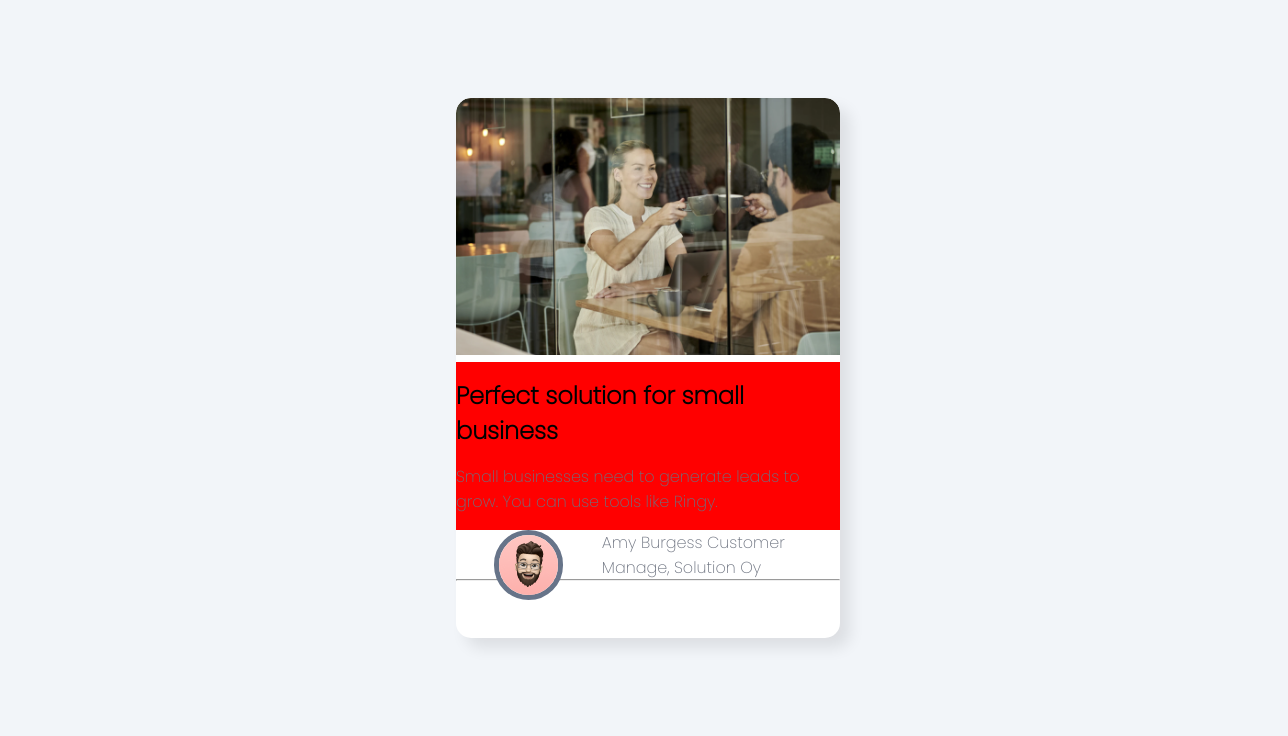
Repository: massndongo/business-blog-card
Page: index.html
The author's editor kept a copy of each file at every save. The page is drawn from the files as they stood at one save, then again after a run of saves.
The browser window is 1280 px wide. The page is 1288 px wide, so the pictures cover 1288 px, including what lies to the right of the window. The pictures show the whole page.

Above is the page before, as saved 2023-11-08 05:09:25.

### index.html
<!DOCTYPE html>
<html lang="en">
<head>
    <meta charset="UTF-8">
    <meta name="viewport" content="width=device-width, initial-scale=1.0">
    <link rel="stylesheet" href="css/styles.css">
    <title>Responsive Web Developer Starter - devchallenges.io</title>
    <link rel="icon" href="images/favicon.ico" type="image/x-icon" sizes="any">
</head>
<body>
    <div class="card">
        <img src="images/hero-image-business-card.png" alt="" srcset="">
        <div class="card-body">
            <h1 class="title">Perfect solution for small business</h1>
            <p class="corps">Small businesses need to generate leads to grow. You can use tools like Ringy.</p>
        </div>
        <hr>
        <div class="card-footer">
            <img src="images/avatar-image-business-card.png" alt="" srcset="">
            <div>
                <span>Amy Burgess</span>
                <span>Customer Manage, Solution Oy</span>
            </div>
        </div>
    </div>
</body>
</html>

### css/styles.css
@import url('https://fonts.googleapis.com/css2?family=Poppins:wght@200&display=swa');

* {
    box-sizing: border-box;
    font-family: 'Poppins', sans-serif;
    overflow: hidden;
}

/* Add some styles for body*/
body {
    width: 100%;
    height: 100vh;
    background-color: #F2F5F9;
    display: flex;
    justify-content: center;
    align-items: center;

}

.card{
    position: relative;
    flex-direction: column;
    background-color: #FFFFFF;
    box-shadow: 10px 10px 15px 0px rgba(0, 0, 0, 0.09);
    width: 30%;
    height: auto;
    border-radius: 15px;
}
.card img{
    width: 100%;
    /* border-radius: 10px; */
    border-radius: 15px 15px 0 0;
}
.card-body{
    background-color: red;

}
.title{
    font-size: 24px;

}
.corps{
    font-size: 16px;

}
.card-footer{
    display: flex;
    justify-self: baseline;
    position: relative;
    font-size: 16px;
}
.card-footer img{
    margin: 0 10% 10%;
    width: 25%;
    border-radius: 50%;
    border: 5px solid #677489;
}
.corps, .card-footer, hr{
    color: #6C727F
}
hr{
    width: 100%;
    height: 1px;
    position: absolute;
    bottom: 9%;
    left: 0;
    right: 0;
    background-color: #6c727f85;
}

@media screen and (max-width: 768px) {
    .card {
        width: 90%;
    }
}

After the next 2 saves:
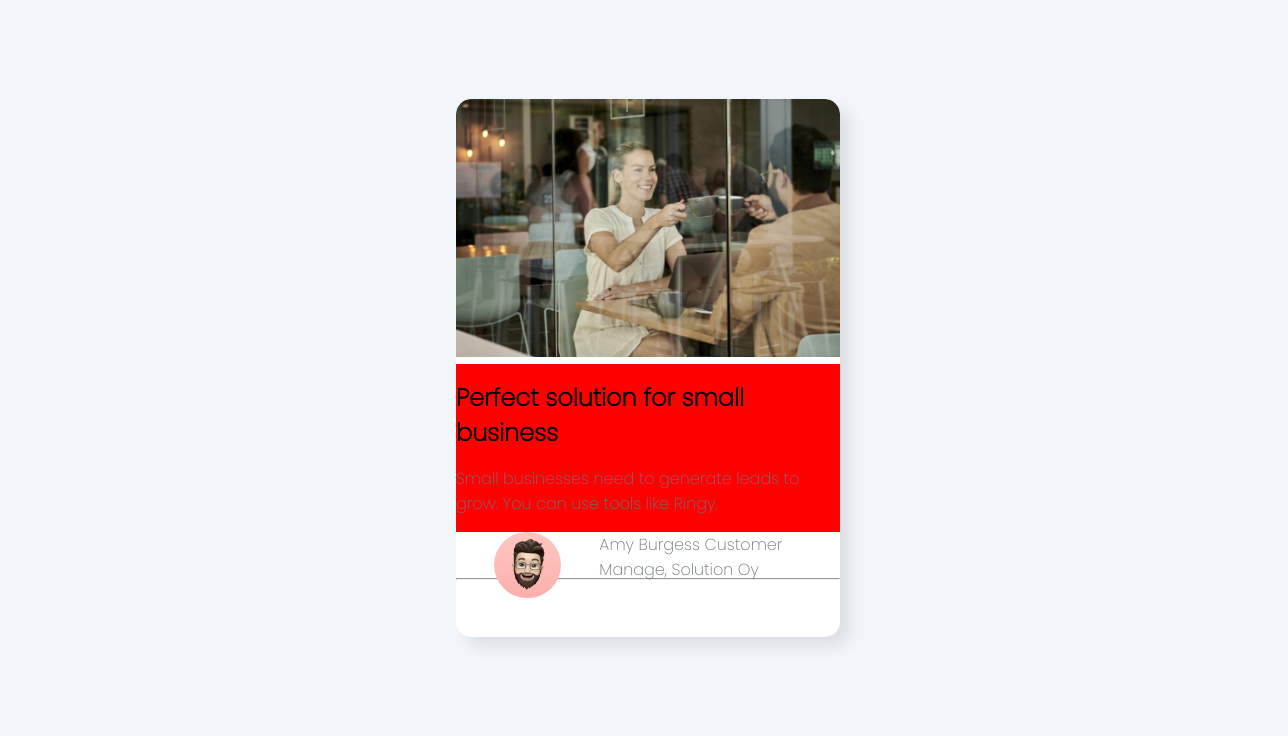
The 2 saves are shown as one change because they came seconds apart.
The last was saved 30 s later.
--- a/css/styles.css
+++ b/css/styles.css
@@ -53,7 +53,7 @@
     margin: 0 10% 10%;
     width: 25%;
     border-radius: 50%;
-    border: 5px solid #677489;
+    border: 5px solid F2F5F9;
 }
 .corps, .card-footer, hr{
     color: #6C727F

After the save that followed:
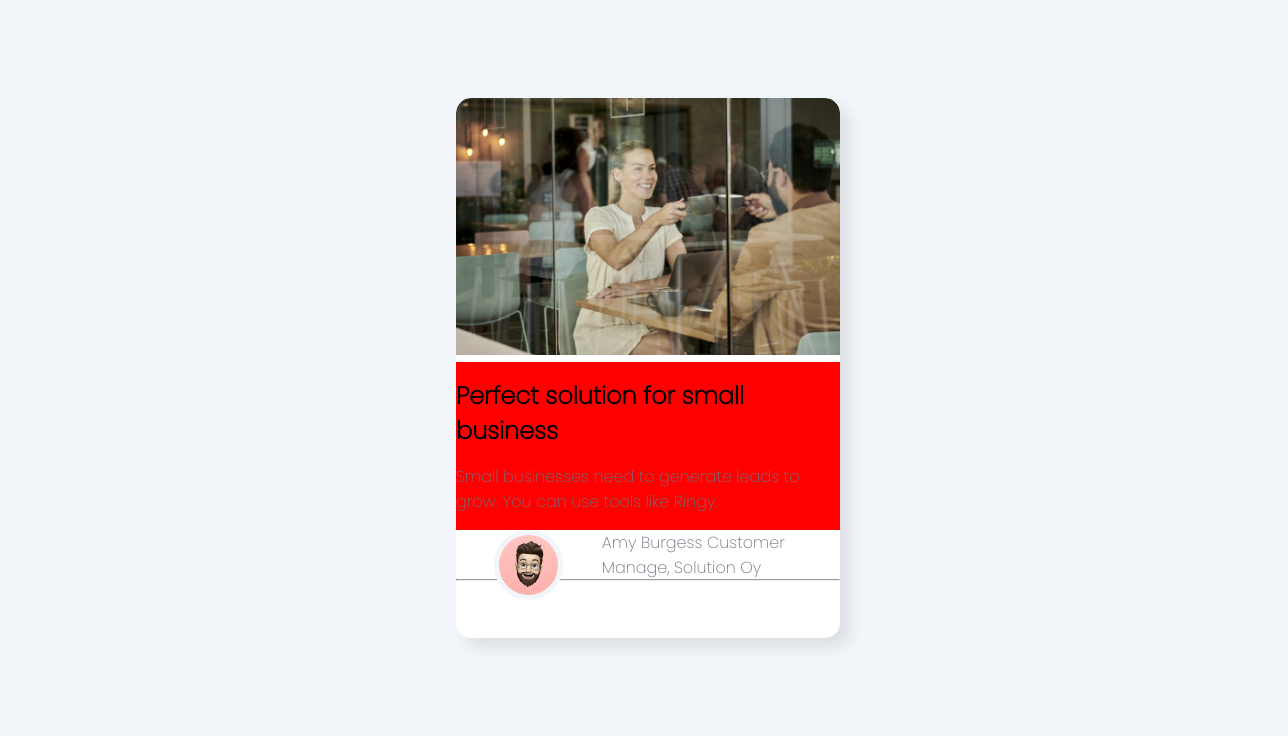
Saved 4 s later.
--- a/css/styles.css
+++ b/css/styles.css
@@ -53,7 +53,7 @@
     margin: 0 10% 10%;
     width: 25%;
     border-radius: 50%;
-    border: 5px solid F2F5F9;
+    border: 5px solid #F2F5F9;
 }
 .corps, .card-footer, hr{
     color: #6C727F
